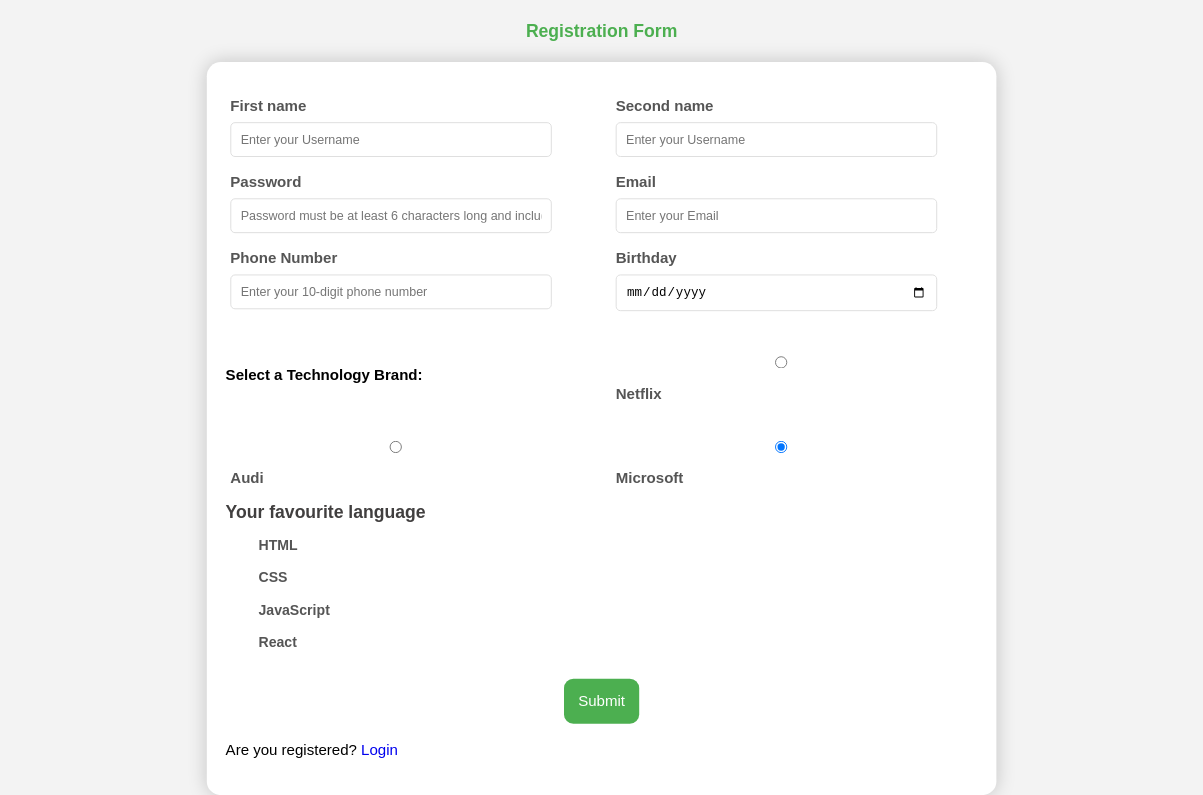
Repository: alizey12/Regestratin-Form-js
Page: regester.html
An editor plug-in stored every save of this project. The page is shown before and after a run of saves, followed by the edit.
The browser window is 1280 px wide. The pictures show the whole page, at 94% of full size.

Above is the page before, as saved 2024-11-29 20:31:44.

After the next 2 saves:
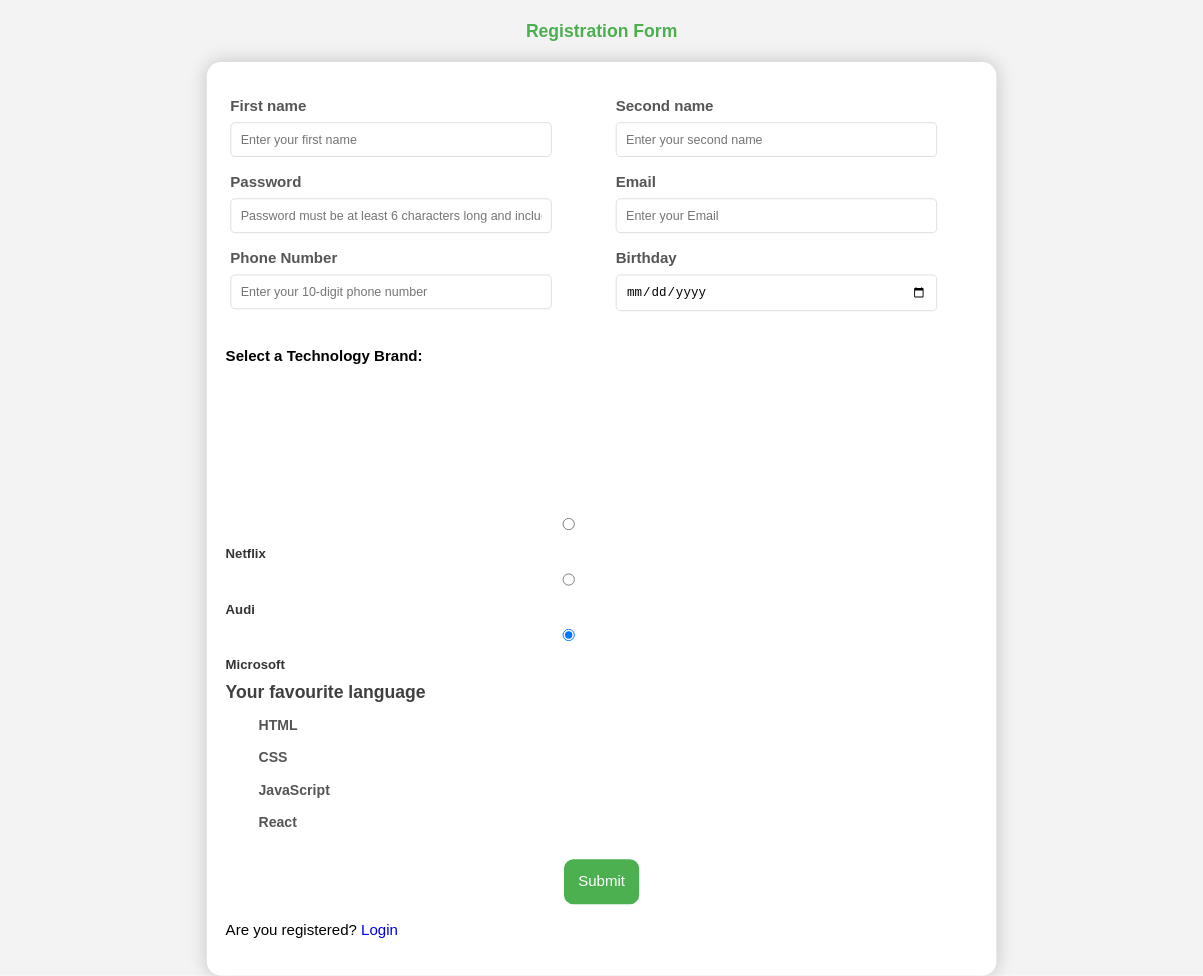
The 2 saves are shown as one change because they came seconds apart.
The last was saved 97 s later.
--- a/regester.html
+++ b/regester.html
@@ -14,30 +14,26 @@
                 <div>
                     <label for="username">First name</label>
                     <input type="text" id="username" name="username"
-                           placeholder="Enter your Username"
+                           placeholder="Enter your first name"
                            required pattern="^[a-zA-Z0-9_]{3,15}$"
                            title="Username must be 3-15 characters long and can only contain letters, numbers, and underscores.">
 
+                    <label for="password">Password</label>
+                    <input type="password" id="password" name="password"
+                           placeholder="Password must be at least 6 characters long and include one letter and one number."
+                           required pattern="^(?=.*[A-Za-z])(?=.*\d)[A-Za-z\d]{6,}$"
+                           title="Password must be at least 6 characters long and include one letter and one number.">
 
-                           <label for="password">Password</label>
-                           <input type="password" id="password" name="password"
-                                  placeholder="Password must be at least 6 characters long and include one letter and one number."
-                                  required pattern="^(?=.*[A-Za-z])(?=.*\d)[A-Za-z\d]{6,}$"
-                                  title="Password must be at least 6 characters long and include one letter and one number.">
-
-
-                 <label for="quantity">Phone Number</label>
-                 <input type="text" id="quantity" name="quantity"
-                        placeholder="Enter your 10-digit phone number"
-                        required pattern="^\d{10}$"
-                        title="Enter a valid 10-digit phone number.">
-
-
+                    <label for="quantity">Phone Number</label>
+                    <input type="text" id="quantity" name="quantity"
+                           placeholder="Enter your 10-digit phone number"
+                           required pattern="^\d{10}$"
+                           title="Enter a valid 10-digit phone number.">
                 </div>
                 <div>
                     <label for="username">Second name</label>
                     <input type="text" id="username" name="username"
-                           placeholder="Enter your Username"
+                           placeholder="Enter your second name"
                            required pattern="^[a-zA-Z0-9_]{3,15}$"
                            title="Username must be 3-15 characters long and can only contain letters, numbers, and underscores.">
 
@@ -48,39 +44,25 @@
 
                     <label for="birthday">Birthday</label>
                     <input type="date" id="birthday" name="birthday" required>
-
-
-
-            </div>
-            <p><b>Select a Technology Brand:</b></p>
-
-            <div>
-                <input type="radio"
-                       id="Netflix"
-                       name="brand"
-                       value="Netflix">
-                <label for="Netflix">Netflix</label>
+                </div>
             </div>
 
-            <div>
-                <input type="radio"
-                       id="Audi"
-                       name="brand"
-                       value="Audi">
-                <label for="Audi">Audi</label>
+            <p><b>Select a Technology Brand:</b></p>
+            <div class="gen-rad">
+                <label>
+                    <input type="radio" id="Netflix" name="brand" value="Netflix">
+                    Netflix
+                </label>
+                <label>
+                    <input type="radio" id="Audi" name="brand" value="Audi">
+                    Audi
+                </label>
+                <label>
+                    <input type="radio" id="Microsoft" name="brand" value="Microsoft" checked>
+                    Microsoft
+                </label>
             </div>
 
-            <div>
-                <input type="radio"
-                       id="Microsoft"
-                       name="brand"
-                       value="Microsoft" checked>
-                <label for="Microsoft">Microsoft</label>
-            </div>
-
-
-
-    </div>
             <h3 class="heading">Your favourite language</h3>
             <label class="container">
                 HTML
